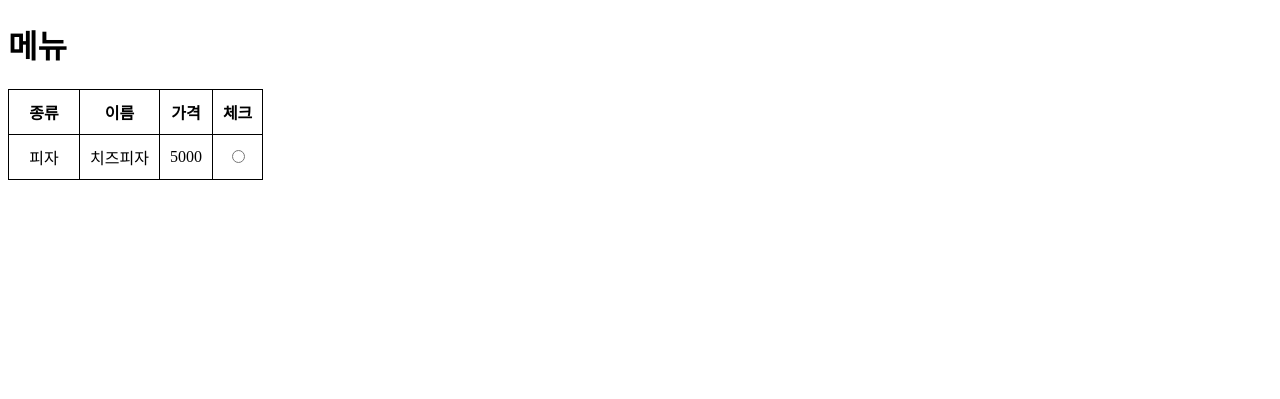
Repository: chuhj1226/servlet
Page: http://localhost/2_JSP/views/04_pizzaOrderForm.jsp
These files come from the project's save history. The page is drawn as it stood at one moment and after the next save; the edit follows.
The browser window is 1280 px wide. The pictures show the whole page.
The page is served by Tomcat 9.

Above is the page before, as saved 2021-10-05 10:20:53.

### workspace/2_JSP/WebContent/views/04_pizzaOrderForm.jsp
<%@ page language="java" contentType="text/html; charset=UTF-8"
    pageEncoding="UTF-8"%>
<!DOCTYPE html>
<html>
<head>
<meta charset="UTF-8">
<title>피자 주문하기</title>
<style>
	table {
		border : 1px solid black;
		border-collapse : collapse;
	}

	th, td {
		border : 1px solid black;
		padding : 10px;
		text-align : center;
	}
</style>
</head>
<body>
	<h1>메뉴</h1>
	<form action="/2_JSP/confirmPizza" method="post">
		<table>
			<tr>
				<th width="50">종류</th>
				<th>이름</th>
				<th>가격</th>
				<th>체크</th>
			</tr>
			<tr>
				<td rowspan="5">피자</td>
				<td>치즈피자</td>
				<td>5000</td>
				<td><input type="radio" name="pizza" value="치즈피자"></td>
			</tr>
		</table>
	</form>

</body>
</html>

After the next save:
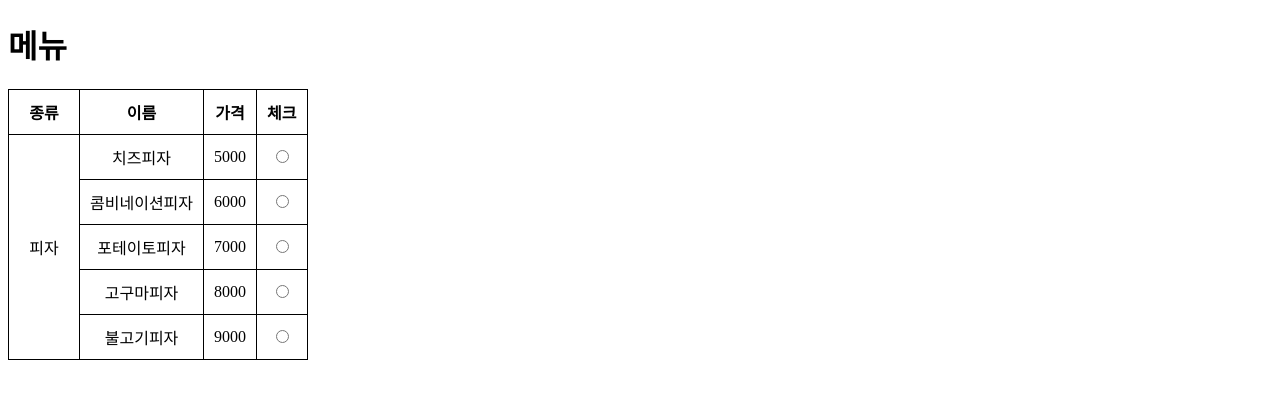
Saved 118 s later.
--- a/workspace/2_JSP/WebContent/views/04_pizzaOrderForm.jsp
+++ b/workspace/2_JSP/WebContent/views/04_pizzaOrderForm.jsp
@@ -34,6 +34,26 @@
 				<td>5000</td>
 				<td><input type="radio" name="pizza" value="치즈피자"></td>
 			</tr>
+			<tr>
+				<td>콤비네이션피자</td>
+				<td>6000</td>
+				<td><input type="radio" name="pizza" value="콤비네이션피자"></td>
+			</tr>
+			<tr>
+				<td>포테이토피자</td>
+				<td>7000</td>
+				<td><input type="radio" name="pizza" value="포테이토피자"></td>
+			</tr>
+				<tr>
+				<td>고구마피자</td>
+				<td>8000</td>
+				<td><input type="radio" name="pizza" value="고구마피자"></td>
+			</tr>
+			<tr>
+				<td>불고기피자</td>
+				<td>9000</td>
+				<td><input type="radio" name="pizza" value="불고기피자"></td>
+			</tr>
 		</table>
 	</form>
 
